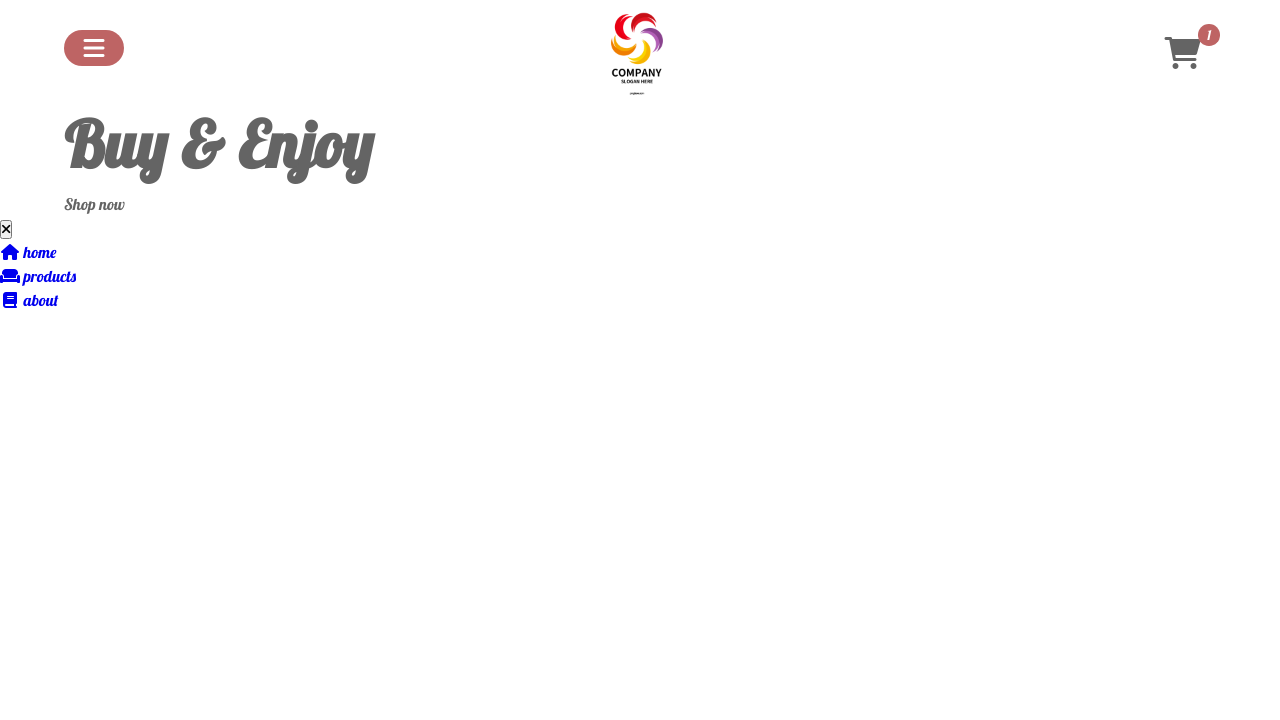
Repository: tetlisna/myprojectJS2
Page: index.html
The author's editor kept a copy of each file at every save. The page is drawn from the files as they stood at one save, then again after the next save.
The browser window is 1280 px wide. The pictures show the whole page.
Some web fonts or font styles are not loaded; a fallback is used.

Above is the page before, as saved 2022-09-04 21:11:32.

After the next save:
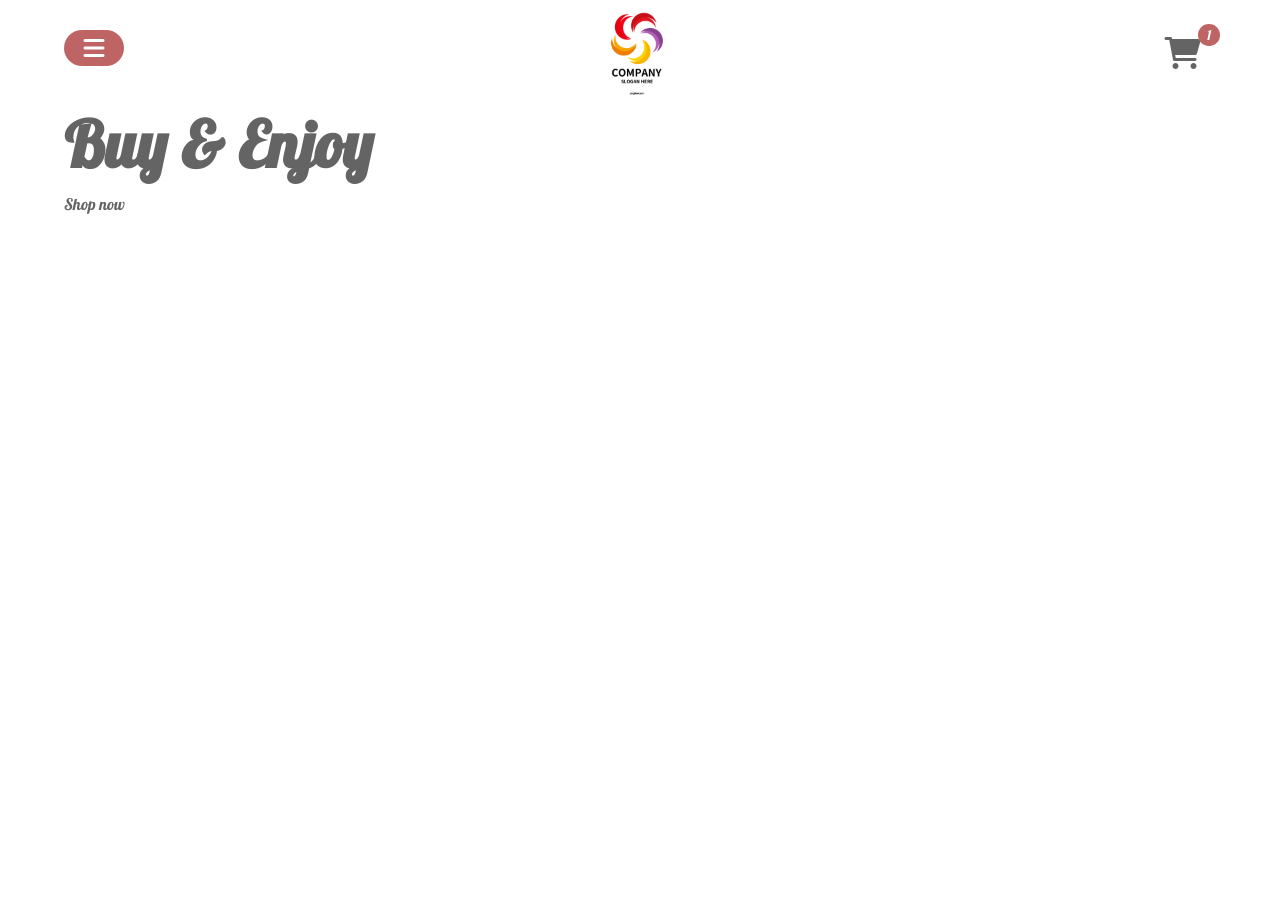
Saved 2 min 38 s later.
--- a/css/style.css
+++ b/css/style.css
@@ -155,3 +155,64 @@
 .nav-link {
     display: none;
 }
+/*
+===============
+Sidebar
+===============
+*/
+.sidebar-overlay {
+    position: fixed;
+    top: 0;
+    left: 0;
+    width: 100%;
+    height: 100%;
+    display: grid;
+    place-items: center;
+    z-index: -1;
+    transition: var(--transition);
+    opacity: 0;
+    background: rgba(0, 0, 0, 0.5);
+  }
+  .sidebar-overlay.show {
+    opacity: 1;
+    z-index: 100;
+  }
+  .sidebar {
+    width: 90vw;
+    height: 95vh;
+    max-width: var(--fixed-width);
+    background: var(--clr-white);
+    border-radius: var(--radius);
+    box-shadow: var(--dark-shadow);
+    position: relative;
+    padding: 4rem;
+    transform: scale(0);
+  }
+  .show .sidebar {
+    transform: scale(1);
+  }
+  .sidebar-close {
+    font-size: 2rem;
+    background: transparent;
+    border-color: transparent;
+    color: var(--clr-grey-5);
+    position: absolute;
+    top: 1rem;
+    right: 1rem;
+    cursor: pointer;
+  }
+  .sidebar-link {
+    font-size: 1.5rem;
+    text-transform: capitalize;
+    color: var(--clr-grey-1);
+  }
+  .sidebar-link i {
+    color: var(--clr-grey-5);
+    margin-right: 1rem;
+    margin-bottom: 1rem;
+  }
+  @media screen and (min-width: 800px) {
+    .sidebar-overlay {
+      display: none;
+    }
+  }
